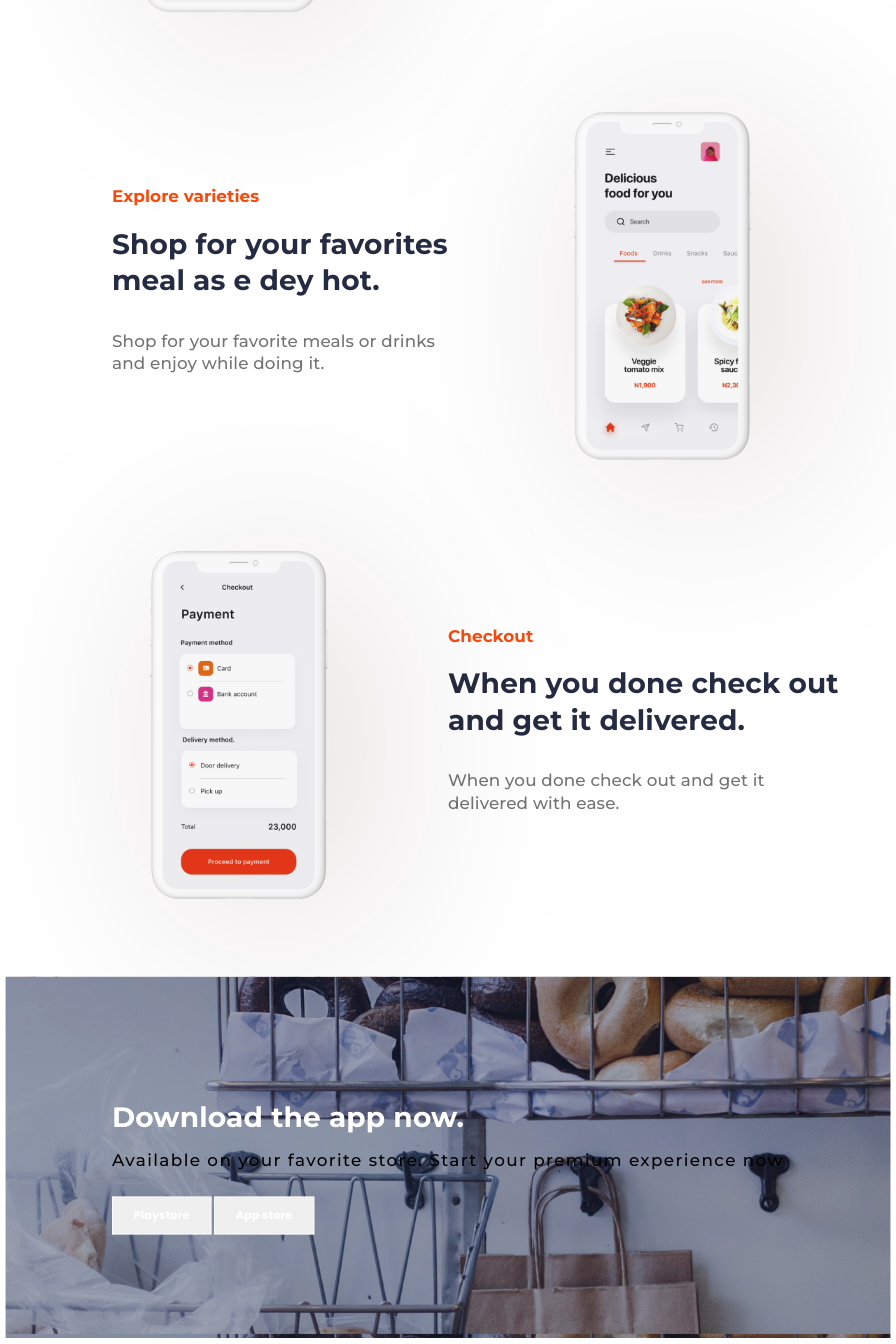
Repository: hoangnguyendev19/food_app
Page: index.html
An editor plug-in stored every save of this project. The page is shown before and after the next save, followed by the edit.
The browser window is 1280 px wide. The pictures show the part of the page from y = 2248 to 4168 px (the page is 4168 px tall), at 70% of full size.
The style sheet was rebuilt from its Sass, Less or Tailwind sources for each picture, by a compiler version that may differ from the author's.

Above is the page before, as saved 2021-11-08 20:56:31.

### index.html
<!DOCTYPE html>
<html lang="en">
<head>
    <meta charset="UTF-8">
    <meta http-equiv="X-UA-Compatible" content="IE=edge">
    <meta name="viewport" content="width=device-width, initial-scale=1.0">
    <title>Food</title>
    <link href="https://fonts.googleapis.com/css2?family=Montserrat:wght@500;600;700&family=Poppins:wght@600;700&family=Roboto:wght@700&display=swap" rel="stylesheet">
    <link rel="stylesheet" href="./app/styles.css">
</head>
<body>
    <div class="wrapper">
        <header class="header">
            <div class="container">
                <div class="header__top">
                    <a href="" class="header__image">
                        <img src="./app/images/img-logo.png" alt="">
                    </a>
                    <ul class="header__menu">
                        <li class="header__item">
                            <a href="" class="header__link">Home</a>
                        </li>
                        <li class="header__item">
                            <a href="" class="header__link">Product</a>
                        </li>
                        <li class="header__item">
                            <a href="" class="header__link">Faq</a>
                        </li>
                        <li class="header__item">
                            <a href="" class="header__link">Contact</a>
                        </li>
                    </ul>
                </div>
            </div>
        </header>
        <main>
            <section class="banner">
                <div class="banner__top">
                    <div class="banner__content">
                        <span class="banner__title">Food app</span>
                        <h1 class="banner__heading">Why stay hungry when you can order form Bella Onojie</h1>
                        <h4 class="banner__desc">Download the bella onoje’s food app now on</h4>
                        <button class="banner__btn">Playstore</button>
                        <button class="banner__btn">App store</button>
                    </div>
                </div>
                <div class="banner__bottom">
                    <div class="banner__image">
                        <img src="./app/images/img-banner-phone.png" alt="">
                    </div>
                </div>
            </section>
            <section class="work">
                <div class="container">
                    <h2 class="work__caption">How the app works</h2>
                    <div class="work__item">
                        <div class="work__image">
                            <img src="./app/images/img-create.png" alt="">
                        </div>
                        <div class="work__content">
                            <span class="work__title">Create an account</span>
                            <h2 class="work__heading">Create/login to an existing account to get started</h2>
                            <p class="work__desc">An account is created with your email and a desired password</p>
                        </div>
                    </div>
                    <div class="work__item work__item--reverse">
                        <div class="work__image">
                            <img src="./app/images/img-explore.png" alt="">
                        </div>
                        <div class="work__content">
                            <div class="work__content--reverse">
                                <span class="work__title">Explore varieties</span>
                                <h2 class="work__heading">Shop for your favorites meal as e dey hot.</h2>
                                <p class="work__desc">Shop for your favorite meals or drinks and enjoy while doing it.</p>
                                </div>
                        </div>
                    </div>
                    <div class="work__item">
                        <div class="work__image">
                            <img src="./app/images/img-checkout.png" alt="">
                        </div>
                        <div class="work__content">
                            <span class="work__title">Checkout</span>
                            <h2 class="work__heading">When you done check out and get it delivered.</h2>
                            <p class="work__desc">When you done check out and get it delivered with ease.</p>
                        </div>
                    </div>
                </div>
            </section>
            <section class="download">
                <div class="container">
                    <div class="download__content">
                        <h2 class="download__heading">Download the app now.</h2>
                        <p class="download__desc">Available on your favorite store. Start your premium experience now</p>
                        <button class="download__btn">Playstore</button>
                        <button class="download__btn">App store</button>
                    </div>
                </div>
            </section>
        </main>
    </div>
</body>
</html>

### app/styles/styles.scss
@import "helpers/variables";
@import "helpers/global";
@import "helpers/mixin";

@import "layout/header";
@import "layout/banner";
@import "layout/work";
@import "layout/download";

### app/styles/helpers/_variables.scss
$primary-color: #FA4A0C;
$secondary-color: #252B42;
$third-color: #737373;
$primary-font: 'Montserrat', sans-serif;
$secondary-font: 'Poppins', sans-serif;
$third-font: 'Roboto', sans-serif;
$wrapper: 1440px;
$container: 1280px;

### app/styles/helpers/_global.scss
html {
    font-size: 62.5%;
    box-sizing: border-box;
}
a {
    text-decoration: none;
}
img {
    max-width: 100%;
    display: block;
}
ul,li {
    list-style: none;
}
body {
    font-family: $primary-font;
    line-height: 1;
    font-size: 1.4rem;
}
input, button,textarea {
    font-family: $secondary-font;
    line-height: 1;
    outline: none;
}
.wrapper {
    max-width: $wrapper;
    margin: 0 auto;
}
.container {
    max-width: $container + 30px;
    margin: 0 auto;
    padding: 0 15px;
}

### app/styles/helpers/_mixin.scss
@mixin size($width, $height: $width){
	width: $width;
	height: $height;
}

@mixin flexBox($align-items: stretch, $justify-content: flex-start, $flex-direction: row, $wrap: nowrap, $flex: flex) {
	display: $flex;
	justify-content: $justify-content;
	align-items: $align-items;
	flex-direction: $flex-direction;
	flex-wrap: $wrap;
}

### app/styles/layout/_header.scss
.header {
    @include size(100%, 15.7rem);
    &__image {
        display: inline-block;
    }
    &__top {
        @include flexBox(center, space-between);
    }
    &__menu {
        @include flexBox(center);
    }
    &__item:not(:first-child) {
        margin-left: 10.4rem;
    }
    &__link {
        font-size: 1.6rem;
        color: $secondary-color;
        font-weight: 600;
        transition: all 0.2s linear;
        &:hover {
            color: $primary-color;
        }
    }
}

### app/styles/layout/_banner.scss
.banner {
    &__top {
        @include size(100%, 62rem);
        background: linear-gradient(0deg, rgba(23, 16, 16, 0.6), rgba(23, 16, 16, 0.6)), url("./images/img-banner.jpg");
        @include flexBox(center, center);
    }
    &__content {
        @include size(94rem, 40rem);
        padding-top: 7.2rem;
        padding-bottom: 14.6rem;
        text-align: center;
    }
    &__title {
        font-weight: 700;
        font-size: 2.4rem;
        letter-spacing: 0.1px;
        color: #F6F6F6;
        display: inline-block;
        margin-bottom: 2.4rem;
    }
    &__heading {
        font-family: $secondary-font;
        font-weight: bold;
        font-size: 5.8rem;
        line-height: 1.4;
        text-align: center;
        letter-spacing: 0.2px;
        margin-top: 0;
        margin-bottom: 4rem;
    }
    &__desc {
        font-weight: 500;
        font-size: 2.4rem;
        letter-spacing: 0.2px;
        margin-top: 0;
        margin-bottom: 6rem;
    }
    &__btn {
        @include size(23.6rem, 6.8rem);
        background-color: transparent;
        border-radius: 3rem;
        border: 1px solid white;
        color: white;
        font-weight: bold;
        font-size: 2.4rem;
        letter-spacing: 0.1px;
        transition: all 0.25s linear;
        cursor: pointer;
        &:hover {
            background-color: $primary-color;
            border-color: $primary-color;
        }
    }
    &__btn:last-child {
        margin-left: 3.4rem;
    }
    &__bottom {
        margin-top: -10%;
        position: relative;
        &::after {
            content: "";
            position: absolute;
            @include size(88.4rem, 0);
            left: 50%;
            bottom: 0;
            transform: translateX(-50%);
            border: 3px solid #E4E4E4;
            z-index: 9;
        }
    }
    &__image {
        @include size(54.8rem, 640px);
        margin: 0 auto;
        padding-bottom: 17rem;
    }
}

### app/styles/layout/_work.scss
.work {
    text-align: center;
    &__caption {
        font-family: $secondary-font;
        font-weight: 600;
        font-size: 4.4rem;
        letter-spacing: 0.1px;
        color: #000;
        opacity: 0.8;
        margin-top: 7rem;
        margin-bottom: 6rem;
        display: inline-block;
    }
    &__item {
        @include flexBox(center);
        margin: 11rem 0;
    }
    &__item--reverse {
        flex-direction: row-reverse;
    }
    &__image {
        width: 50%;
        @include flexBox(stretch, center);
        filter: drop-shadow(50px 30px 150px rgba(46, 4, 4, 0.15));
    }
    &__content {
        width: 50%;
        text-align: start;
    }
    &__content--reverse {
        width: 48rem;
        margin-left: auto;
    }
    &__title {
        font-weight: bold;
        font-size: 2.4rem;
        letter-spacing: 0.1px;
        color: $primary-color;
        display: inline-block;
        margin-bottom: 3rem;
    }
    &__heading {
        font-weight: bold;
        font-size: 4rem;
        letter-spacing: 0.2px;
        color: $secondary-color;
        line-height: 1.3;
        margin-top: 0;
        margin-bottom: 4.5rem;
    }
    &__desc {
        font-weight: 500;
        font-size: 2.4rem;
        line-height: 1.3;
        letter-spacing: 0.2px;
        color: $third-color;
        margin: 0;
        width: 47rem;
    }
}

### app/styles/layout/_download.scss
.download {
    background: linear-gradient(0deg, rgba(37, 43, 66, 0.4), rgba(37, 43, 66, 0.4)), url("./images/img-download.jpg");
    @include size(100%, 51.6rem);
    @include flexBox(center, center);
    &__heading {
        font-size: 4rem;
        font-weight: bold;
        letter-spacing: 0.2px;
        color: #fff;
        margin-bottom: 3rem;
    }
    &__desc {
        font-weight: 500;
        font-size: 2.4rem;
        letter-spacing: 0.2rem;
        margin-bottom: 4rem;
    }
    &__btn {
        font-size: 1.6rem;
        font-weight: 700;
        letter-spacing: 0.2px;
        border: 1px solid white;
        color: white;
        padding: 1.8rem 3rem;
    }
}

After the next save:
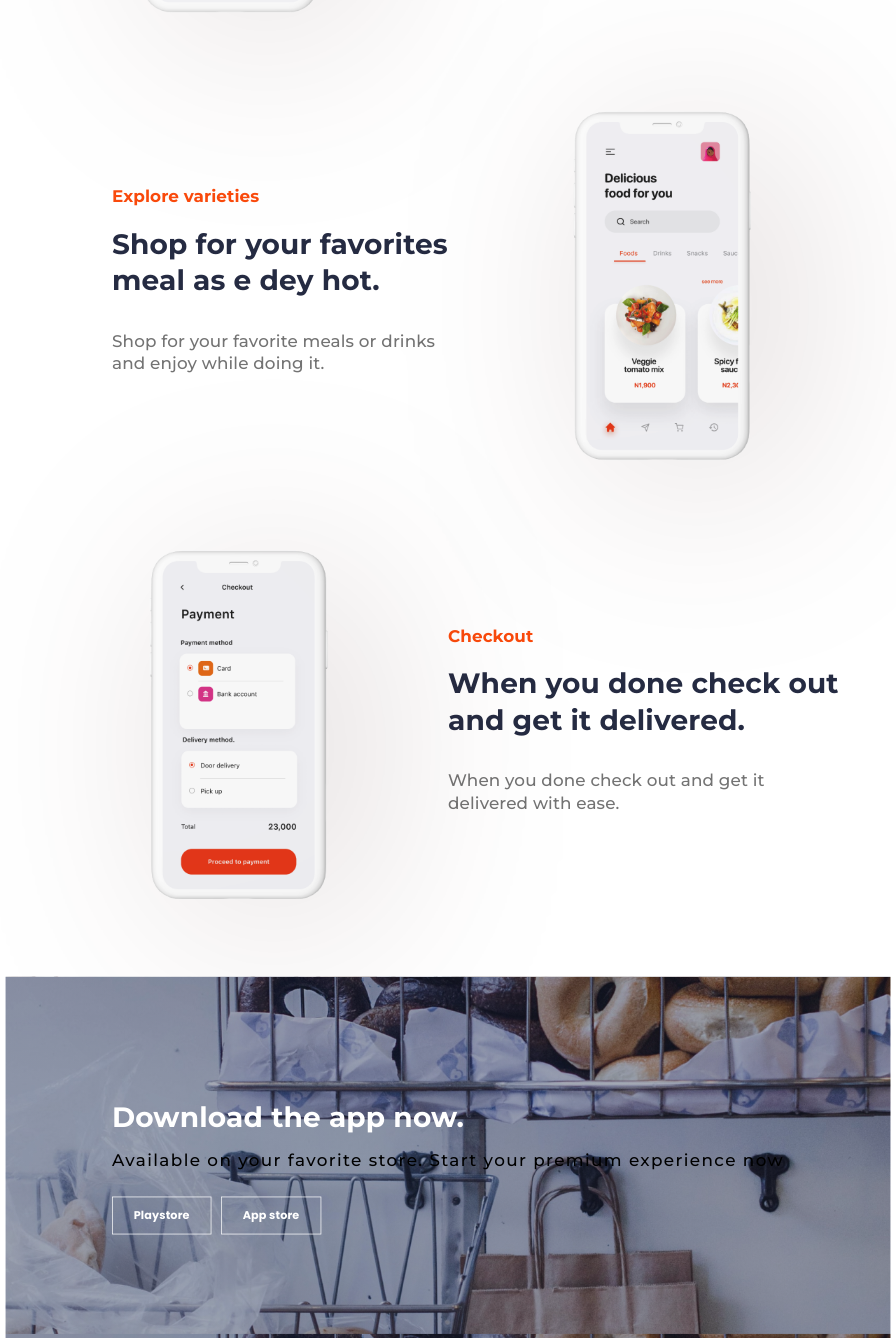
Saved 50 s later.
--- a/app/styles/layout/_download.scss
+++ b/app/styles/layout/_download.scss
@@ -22,5 +22,9 @@
         border: 1px solid white;
         color: white;
         padding: 1.8rem 3rem;
+        background-color: transparent;
+    }
+    &__btn:last-child {
+        margin-left: 1rem;
     }
 }
